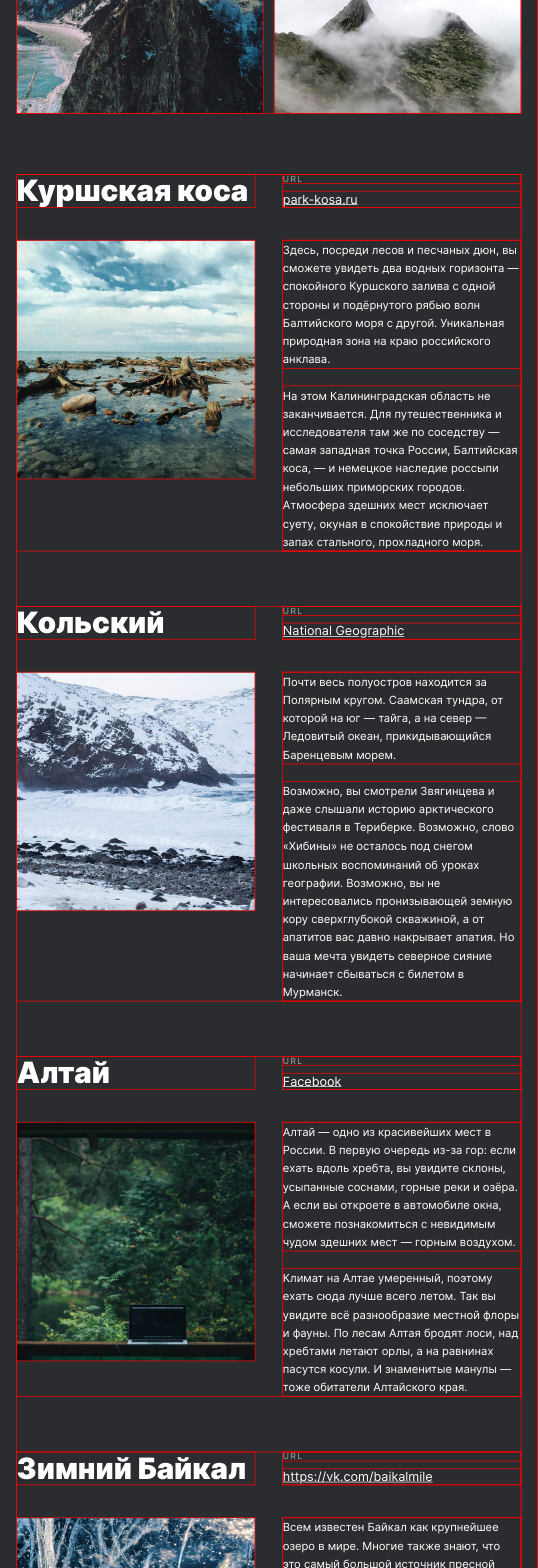
Repository: 89373611988/russia-travel
Page: index.html
These files come from the project's save history. The page is drawn as it stood at one moment and after the next save; the edit follows.
The browser window is 768 px wide. The pictures show the part of the page from y = 3064 to 5304 px (the page is 7208 px tall before and 7155 px after), at 70% of full size.

Above is the page before, as saved 2021-12-22 21:29:08.

### index.html
<!DOCTYPE html>
<html lang="ru">
  <head>
    <meta charset="UTF-8" />
    <meta name="viewport" content="width=device-width, initial-scale=1">
    <title>Путешествие по России</title>
    <link rel="stylesheet" href="pages/index.css" />
  </head>

  <body>
    <div class="page">
      <header class="header page__header">
        <img src="./images/header-logo.svg" alt="" class="header__logo">
        <ul class="header__list">
          <li class="header__item">
            <a href="#" target="_blank" class="header__lang-link">Ru</a>
          </li>
          <li class="header__item">
            <a href="#" target="_blank" class="header__lang-link">En</a>
          </li>
        </ul>
      </header>
      <main class="content">

        <section class="lead">
          <h1 class="lead__title">Путешествия по России</h1>
          <p class="lead__subtitle">Настоящая страна не в выпусках новостей, а здесь.</p>
          <img src="./images/lead-polka.jpg" alt="Отдых в вагоне" class="lead__image">
          <p class="lead__caption">ваша полка — верхняя</p>
        </section>


        <section class="intro page__intro">
          <h2 class="intro__title">Чего мы там не видели?</h2>
          <p class="intro__text">По опросам ВЦИОМ, 95% россиян мечтают куда-нибудь поехать, но только 36% планируют провести отпуск в родной стране. Мол, чего мы тут, дома, не видели? На самом деле, Россия — это целая вселенная с ласковым морем юга, густыми лесами Саян и суровыми льдами плато Путорана. А ещё увидеть все эти красоты можно без миллионов на счету, загранпаспорта и многочасовых перелетов. Как, например, Вера Башмакова — смелая молодая мама, которая взяла в охапку троих детей, усадила их в свою «Ладу» и проехала 20 тысяч километров по родной стране. Мы выбрали и описали некоторые интересные места, достойные вашего отпуска.</p>
          <ul class="intro__list">
            <li class="intro__item">Часовых поясов
              <span class="intro__number">11</span>
            </li>
            <li class="intro__item">Объектов природного наследия ЮНЕСКО
              <span class="intro__number">12</span>
            </li>
            <li class="intro__item">Объектов культурного наследия ЮНЕСКО
              <span class="intro__number">16</span>
            </li>
            <li class="intro__item">Природных заповедников
              <span class="intro__number">105</span>
            </li>
            <li class="intro__item">Аэропортов
              <span class="intro__number">241</span>
            </li>
          </ul>
        </section>


        <section class="photo-grid">
          <img src="./images/photo-grid-train.jpg" alt="Вид из окна вагона" class="photo-grid__item">
          <img src="./images/photo-grid-atharva-tulsi.jpg" alt="Облака в горах" class="photo-grid__item">
          <img src="./images/photo-grid-tuman.jpg" alt="Собака на сене" class="photo-grid__item">
          <img src="./images/photo-grid-sochi.jpg" alt="Туман в горах" class="photo-grid__item">
          <img src="./images/photo-grid-arisa.jpg" alt="Машина на льду" class="photo-grid__item">
          <img src="./images/photo-grid-baikal.jpg" alt="Берег Байкала" class="photo-grid__item">
          <img src="./images/photo-grid-elbrus.jpg" alt="Гора Эльбрус" class="photo-grid__item">
          <img src="./images/photo-grid-kondratiev.jpg" alt="Пешеходный переход" class="photo-grid__item">
          <img src="./images/photo-grid-kamchatka-1.jpg" alt="Горный барельеф на Камчатке" class="photo-grid__item">
          <img src="./images/photo-grid-kamchatka-2.jpg" alt="Камчатка Гора" class="photo-grid__item">
          <img src="./images/photo-grid-baikal-2.jpg" alt="Горный берг Байкала" class="photo-grid__item">
          <img src="./images/photo-grid-ergaki.jpg" alt="Горы в тумане" class="photo-grid__item">
        </section>


        <section class="places page__places">
          <div class="place">
            <h2 class="place__title">Куршская коса</h2>
            <div class="place__website">
              <h3 class="place__url-heading">URL</h3>
              <a href="http://park-kosa.ru" class="place__link">park-kosa.ru</a>
            </div>
            <img src="./images/place-kosa.jpg" alt="Куршский залив" class="place__image">
            <div class="place__container">
              <p class="place__paragraph">Здесь, посреди лесов и песчаных дюн, вы сможете увидеть два водных горизонта — спокойного Куршского залива с одной стороны и подёрнутого рябью волн Балтийского моря с другой. Уникальная природная зона на краю российского анклава.</p>
            <p class="place__paragraph">На этом Калининградская область не заканчивается. Для путешественника и исследователя там же по соседству — самая западная точка России, Балтийская коса, — и немецкое наследие россыпи небольших приморских городов. Атмосфера здешних мест исключает суету, окуная в спокойствие природы и запах стального, прохладного моря.</p>
            </div>
          </div>
          <div class="place">
            <h2 class="place__title">Кольский</h2>
            <div class="place__website">
              <h3 class="place__url-heading">URL</h3>
              <a href="https://yourshot.nationalgeographic.com/photos/?keywords=kolskiy" class="place__link">National Geographic</a>
            </div>
            <img src="./images/place-kolsky.jpg" alt="Кольский полуостров" class="place__image">
            <div class="place__container">
              <p class="place__paragraph">Почти весь полуостров находится за Полярным кругом. Саамская тундра, от которой на юг — тайга, а на север — Ледовитый океан, прикидывающийся Баренцевым морем.</p>
              <p class="place__paragraph">Возможно, вы смотрели Звягинцева и даже слышали историю арктического фестиваля в Териберке. Возможно, слово «Хибины» не осталось под снегом школьных воспоминаний об уроках географии. Возможно, вы не интересовались пронизывающей земную кору сверхглубокой скважиной, а от апатитов вас давно накрывает апатия. Но ваша мечта увидеть северное сияние начинает сбываться с билетом в Мурманск.</p>
            </div>
          </div>
          <div class="place">
            <h2 class="place__title">Алтай</h2>
            <div class="place__website">
              <h3 class="place__url-heading">URL</h3>
              <a href="https://www.facebook.com/vera.bashmakova/posts/10156011613718822" class="place__link">Facebook</a>
            </div>
            <img src="./images/place-altai.jpg" alt="Природа Алтая" class="place__image">
            <div class="place__container">
              <p class="place__paragraph">Алтай — одно из красивейших мест в России.
                В первую очередь из-за гор: если ехать вдоль хребта, вы увидите склоны, усыпанные соснами, горные реки и озёра. А если вы откроете в автомобиле окна, сможете познакомиться с невидимым чудом здешних мест — горным воздухом.</p>
              <p class="place__paragraph">Климат на Алтае умеренный, поэтому ехать сюда лучше всего летом. Так вы увидите всё разнообразие местной флоры и фауны. По лесам Алтая бродят лоси, над хребтами летают орлы, а на равнинах пасутся косули. И знаменитые манулы — тоже обитатели Алтайского края.</p>
            </div>
          </div>
          <div class="place">
            <h2 class="place__title">Зимний Байкал</h2>
            <div class="place__website">
              <h3 class="place__url-heading">URL</h3>
              <a href="https://vk.com/baikalmile" class="place__link">https://vk.com/baikalmile</a>
            </div>
            <img src="./images/place-winter-baikal.jpg" alt="Морозные узора" class="place__image">
            <div class="place__container">
              <p class="place__paragraph">Всем известен Байкал как крупнейшее озеро
                в мире. Многие также знают, что это самый большой источник пресной воды и одно из красивейших мест в России.</p>
              <p class="place__paragraph">Конечно, это всё так. Но Байкал ещё идеальное    место для соревнований по скийорингу. Это такой вид спорта, когда лыжник привязывает себя к мотоциклу, и тандем старается развить как можно бóльшую скорость на льду. В марте 2019 года на фестивале «Байкальская миля» был поставлен мировой рекорд — 197.011 км/ч.</p>
            </div>
          </div>
          <div class="place">
            <h2 class="place__title">Карелия</h2>
            <div class="place__website">
              <h3 class="place__url-heading">URL</h3>
              <a href="http://vodlozero.ru" class="place__link">http://vodlozero.ru/</a>
            </div>
            <img src="./images/place-karelia.jpg" alt="Река в лесу" class="place__image">
            <div class="place__container">
              <p class="place__paragraph">Сибирь заканчивается не на Урале, а в Карелии: образующая тайгу сибирская лиственница не растёт западнее Водлозера. Зато здесь она вымахивает на 30 метров — леса карельских национальных парков из-за непроходимых болот никогда не знали топора. Некоторым соснам уже больше чем полтысячелетия. Прикоснитесь к живому существу, видевшему солнце раньше, чем увидал его Иван Грозный. В девственном лесу на сотню километров не встретишь тропы. А на редких тропинках деревья в паре метров от земли помечены медвежьими когтями. Чтобы все знали, кто тут хозяин.</p>
            </div>
          </div>
        </section>


        <section class="cover page__cover">
          <a href="https://stampsy.com/na-elektrichkakh-do-baikala" class="cover__overlay">
            <h2 class="cover__title">До Байкала «на собаках»</h2>
            <p class="cover__subtitle">По мотивам учебной темы о Транссибе — путешествие от столицы до Байкала на электричках.</p>
          </a>
        </section>
      </main>


      <footer class="footer">
        <ul class="footer__list">
          <li class="footer__item">
            <a href="https://yandex.ru/maps" class="footer__link">Карты</a>
          </li>
          <li class="footer__item">
            <a href="https://yandex.ru/pogoda" class="footer__link">Погода</a>
          </li>
          <li class="footer__item">
            <a href="https://rasp.yandex.ru" class="footer__link">Расписание</a>
          </li>
          <li class="footer__item">
            <a href="https://calendar.yandex.ru" class="footer__link">Календарь</a>
          </li>
          <li class="footer__item">
            <a href="https://travel.yandex.ru" class="footer__link">Путешествия</a>
          </li>
        </ul>
        <p class="footer__copyright">&copy; 2021. Эльвира Киямова</p>
      </footer>

    </div>
  </body>
</html>

### blocks/page/page.css
* {
  outline-width: 1px;
  outline-style: solid;
  outline-color: red;
}

.page {
  color: #ffffff;
  background-color: #2a2c2f;
  font-family: 'Inter', Arial, sans-serif;
  font-style: normal;
  padding: 28px 0 24px;
  -moz-osx-font-smoothing: grayscale;
  -webkit-font-smoothing: antialiased;
  -webkit-text-size-adjust: 100%;
  -ms-text-size-adjust: 100%;
  -moz-text-size-adjust: 100%;
  text-rendering: optimizeLegibility;
  display: flex;
  flex-direction: column;
  align-items: center;
}

### blocks/page/__header/page__header.css
.page__header {
  margin-bottom: 56px;
}

### blocks/page/__intro/page__intro.css
.page__intro {
  margin: 92px 0;
}

### blocks/page/__cover/page__cover.css
.page__cover {
  margin: 92px 0;
}

### blocks/page/__places/page__places.css
.page__places {
  margin: 92px auto 0;
}

### blocks/header/header.css
.header {
  display: flex;
  flex-direction: row;
  justify-content: space-between;
  width: 1184px;
}

@media (max-width: 1200px) {
  .header {
    width: 928px;
  }
}

@media (max-width: 940px) {
  .header {
    width: 720px;
  }
}

@media (max-width: 768px) {
  .header {
    width: 720px;
  }
}

@media (max-width: 730px) {
  .header {
    width: 600px;
  }
}

@media (max-width: 640px) {
  .header {
    width: 500px;
  }
}

@media (max-width: 540px) {
  .header {
    width: 400px;
  }
}

@media (max-width: 440px) {
  .header {
    width: 300px;
  }
}

@media (max-width: 320px) {
  .header {
    width: 288px;
  }
}

### blocks/header/__logo/header__logo.css
.header__logo {
  width: 176px;
  height: 52px;
}

@media (max-width: 500px) {
  .header__logo {
    width: 142px;
    height: 42px;
  }
}

### blocks/header/__list/header__list.css
.header__list {
  display: flex;
  flex-direction: row;
  align-items: flex-end;
  padding: 0;
  margin: 0;
}

### blocks/header/__item/header__item.css
.header__item {
  list-style-type: none;
  width: 30px;
  height: 28px;
}

.header__item:first-child {
  margin-right: 18px;
  text-decoration: underline;
}

### blocks/header/__lang-link/header__lang-link.css
.header__lang-link {
  font-size: 24px;
  line-height: 28px;
  color: #fff;
  text-decoration: none;
}

@media (max-width: 500px) {
  .header__lang-link {
    font-size: 18px;
    line-height: 20px;
  }
}

### blocks/content/content.css
@media (max-width: 320px) {
  .content {
    max-width: 320px;
  }
}

### blocks/lead/lead.css
.lead {
  display: flex;
  flex-direction: column;
  align-items: center;
}

@media (max-width: 1280px) {
  .lead {
    max-width: 984px;
  }
}

@media (max-width: 1100px) {
  .lead {
    margin: 0 48px;
    max-width: 928px;
  }
}

@media (max-width: 330px) {
  .lead {
    max-width: 320px;
  }
}

@media (max-width: 1024px) {
  .lead {
    margin: 0 48px;
    max-width: 768px;
}
}

@media (max-width: 850px) {
  .lead {
    margin: 0 auto;
    max-width: 768px;
  }
}

@media (max-width: 350px) {
  .lead {
    margin: 0;
  }
}

### blocks/lead/__title/lead__title.css
.lead__title {
  font-weight: 900;
  font-size: 96px;
  line-height: 100px;
  max-width: 720px;
  text-align: center;
  align-self: center;
  margin: 0;
}

@media (max-width: 768px) {
  .lead__title {
    font-size: 70px;
    line-height: 80px;
    max-width: 500px;
  }
}

@media (max-width: 520px) {
  .lead__title {
    font-size: 50px;
    line-height: 70px;
    max-width: 400px;
  }
}

@media (max-width: 440px) {
  .lead__title {
    font-size: 45px;
    line-height: 50px;
    max-width: 330px;
  }
}

@media (max-width: 320px) {
  .lead__title {
    font-size: 40px;
    line-height: 44px;
    max-width: 288px;
  }
}

### blocks/lead/__subtitle/lead__subtitle.css
.lead__subtitle {
  font-size: 30px;
  line-height: 36px;
  align-self: center;
  margin: 32px 0 64px;
  max-width: 640px;
  text-align: center;
}

@media (max-width: 680px) {
  .lead__subtitle {
    font-size: 28px;
    line-height: 30px;
    max-width: 550px;
  }
}

@media (max-width: 575px) {
  .lead__subtitle {
    font-size: 25px;
    line-height: 30px;
    max-width: 400px;
  }
}

@media (max-width: 430px) {
  .lead__subtitle {
    font-size: 18px;
    line-height: 25px;
    max-width: 300px;
  }
}

@media (max-width: 320px) {
  .lead__subtitle {
    font-size: 16px;
    line-height: 20px;
    max-width: 288px;
  }
}

### blocks/lead/__image/lead__image.css
.lead__image {
  max-width: 984px;
  max-height: 615px;
  margin: 0 auto;
}

@media (max-width: 1100px) {
  .lead__image {
    margin: 0 48px;
    width: 100%;
  }
}

@media (max-width: 1024px) {
  .lead__image {
    margin: 0 48px;
    max-width: 768px;
  }
}

@media (max-width: 850px) {
  .lead__image {
    margin: 0;
    width: 100%;
  }
}

@media (max-width: 320px) {
  .lead__image {
    max-width: 320px;
  }
}

### blocks/lead/__caption/lead__caption.css
.lead__caption {
  font-size: 10px;
  line-height: 14px;
  letter-spacing: 1.5px;
  margin: 8px 0 0;
  text-transform: uppercase;
  align-self: flex-start;
}

@media (max-width: 768px) {
  .lead__caption {
    margin-left: 24px;
  }
}

@media (max-width: 330px) {
  .photo-grid {
    max-width: 320px;
    margin-left: 16px;
  }
}

### blocks/intro/intro.css
.intro {
  max-width: 690px;
}

@media (max-width: 1024px) {
  .intro {
    margin-left: 48px;
  }
}

@media (max-width: 768px) {
  .intro {
    max-width: 720px;
    margin-left: 24px;
    margin-right: 24px;
  }
}

@media (max-width: 320px) {
  .intro {
    max-width: 288px;
    margin-left: 16px;
    margin-right: 16px;
  }
}

### blocks/intro/__title/intro__title.css
.intro__title {
  margin: 0;
  font-weight: 900;
  font-size: 54px;
  line-height: 58px;
}

@media (max-width: 768px) {
  .intro__title {
    font-size: 40px;
    line-height: 40px;
  }
}

@media (max-width: 400px) {
  .intro__title {
    font-size: 32px;
    line-height: 35px;
  }
}

### blocks/intro/__text/intro__text.css
.intro__text {
  font-size: 16px;
  line-height: 163%;
  margin: 40px 0 33px;
}

### blocks/intro/__list/intro__list.css
.intro__list {
  margin: 0;
  padding: 0;
  font-weight: bold;
  font-size: 12px;
  line-height: 18px;
}

### blocks/intro/__item/intro__item.css
.intro__item {
  list-style-type: none;
}

### blocks/intro/__number/intro__number.css
.intro__number {
  font-weight: normal;
}

### blocks/photo-grid/photo-grid.css
.photo-grid {
  display: grid;
  justify-content: center;
  grid-template-columns: repeat(auto-fit, minmax(284px, 1fr));
  grid-template-rows: repeat(auto-fit, minmax(213px, 1fr));
  gap: 16px;
  padding: 0;
  margin: 0;
}

@media (max-width: 1024px) {
  .photo-grid {
    gap: 14px;
    margin: 0 48px;
  }
}

@media (max-width: 770px) {
  .photo-grid {
    gap: 16px;
    margin: 0 24px;
  }
}

@media (max-width: 330px) {
  .photo-grid {
    width: 288px;
    margin: 0 auto;
  }
}

### blocks/places/places.css
.places {
  max-width: 984px;
  display: flex;
  flex-direction: column;
  align-items: center;
}

@media (max-width: 1024px) {
  .places {
    max-width: 928px;
    margin: 88px auto 0;
  }
}

@media (max-width: 960px) {
  .places {
    max-width: 928px;
    margin: 88px auto 0;
  }
}

@media (max-width: 930px) {
  .places {
    max-width: 720px;
    margin: 88px auto 0;
  }
}

@media (max-width: 730px) {
  .places {
    max-width: 500px;
  }
}

@media (max-width: 530px) {
  .places {
    max-width: 400px;
  }
}

@media (max-width: 425px) {
  .places {
    max-width: 320px;
    margin: 64px auto 0;
  }
}

### blocks/place/place.css
.place {
  display: grid;
  justify-content: center;
  grid-template-columns: repeat(2, minmax(288px, 460px));
  grid-template-rows: repeat(2, minmax(auto-fit, 1fr));
  grid-column-gap: 40px;
  grid-row-gap: 48px;
  margin-bottom: 80px;
}

.place:last-child {
  margin: 0;
}

@media (max-width: 1024px) {
  .place {
    grid-column-gap: 32px;
  }
}

@media (max-width: 768px) {
  .place {
    grid-column-gap: 40px;
    grid-row-gap: 48px;
  }
}

@media (max-width: 600px) {
  .place {
    grid-template-columns: minmax(288px, 460px);
    grid-column-gap: 32px;
  }
}

### blocks/place/__container/place__container.css
.place__container {

}

### blocks/place/__image/place__image.css
.place__image {
  max-width: 460px;
  width: 100%;
}

### blocks/place/__link/place__link.css
.place__link {
  color: #fff;
  font-weight: normal;
  font-size: 18px;
  line-height: 22px;
}

### blocks/place/__paragraph/place__paragraph.css
.place__paragraph {
  font-weight: normal;
  font-size: 18px;
  line-height: 163%;
  max-width: 484px;
  margin: 0;
}

.place__paragraph:first-child {
  margin-bottom: 26px;
}

@media (max-width: 768px) {
  .place__paragraph {
    font-size: 16px;
  }
}

### blocks/place/__title/place__title.css
.place__title {
  font-weight: 900;
  font-size: 72px;
  line-height: 76px;
  margin: 0;
}

@media (max-width: 768px) {
  .place__title {
    font-size: 42px;
    line-height: 46px;
  }
}

@media (max-width: 320px) {
  .place__title {
    font-size: 32px;
    line-height: 35px;
  }
}

### blocks/place/__url-heading/place__url-heading.css
.place__url-heading {
  font-weight: normal;
  font-size: 12px;
  line-height: 12px;
  letter-spacing: 2px;
  color: #aaa;
  margin: 0 0 12px;
}

### blocks/place/__website/place__website.css
.place__website {
  display: flex;
  flex-direction: column;
  justify-content: flex-end;
}

### blocks/cover/cover.css
.cover {

}

### blocks/cover/__title/cover__title.css
.cover__title {
  font-weight: 900;
  font-size: 72px;
  line-height: 76px;
  margin: 0;
  max-width: 560px;
  white-space: pre-line;
  text-align: center;
}

@media (max-width: 550px) {
  .cover__title {
    font-size: 50px;
    line-height: 45px;
    max-width: 450px;
  }
}

@media (max-width: 450px) {
  .cover__title {
    font-size: 40px;
    line-height: 40px;
    max-width: 320px;
  }
}

@media (max-width: 320px) {
  .cover__title {
    font-size: 32px;
    line-height: 35px;
    max-width: 288px;
  }
}

### blocks/cover/__subtitle/cover__subtitle.css
.cover__subtitle {
  font-size: 18px;
  line-height: 22px;
  margin: 32px 0 0;
  max-width: 360px;
  white-space: pre-line;
  text-align: center;
}

@media (max-width: 400px) {
  .cover__subtitle {
    font-size: 16px;
    line-height: 20px;
    max-width: 330px;
  }
}

@media (max-width: 320px) {
  .cover__subtitle {
    font-size: 14px;
    line-height: 16px;
    max-width: 288px;
  }
}

### blocks/cover/__overlay/cover__overlay.css
.cover__overlay {
  position: relative;
  color: #fff;
  text-decoration: none;
  display: flex;
  flex-direction: column;
  align-items: center;
  justify-content: center;
  min-height: 740px;
  max-width: 1184px;
  background-image: url(../../../images/cover-trains.jpg);
  background-size: cover;
  background-repeat: no-repeat;
  background-position: center;
  box-sizing: border-box;
  z-index: 0;
}

.cover__overlay::before {
  position: absolute;
  content: "";
  left: 0;
  top: 0;
  right: 0;
  bottom: 0;
  background: #2a2c2f;
  opacity: 0.3;
  z-index: -1;
  transition: opacity 0.3s;
}

.cover__overlay:hover::before {
  opacity: 0.7;
}

@media screen and (max-width: 1023px) {
  .cover__overlay {
    max-width: 100%;
  }
}

@media screen and (max-width: 768px) {
  .cover__overlay {
  }
}

@media screen and (max-width: 320px) {
  .cover__overlay {
    min-height: 200px;
  }
}

### blocks/footer/footer.css
.footer {
  width: 1184px;
  display: flex;
  flex-direction: row;
  justify-content: space-between;
}

@media (max-width: 1220px) {
  .footer {
    width: 1000px;
  }
}

@media (max-width: 1024px) {
  .footer {
    width: 928px;
  }
}

@media (max-width: 960px) {
  .footer {
    width: 800px;
  }
}

@media (max-width: 960px) {
  .footer {
    width: 800px;
  }
}

@media (max-width: 840px) {
  .footer {
    width: 750px;
  }
}

@media (max-width: 768px) {
  .footer {
    width: 720px;
  }
}

@media (max-width: 750px) {
  .footer {
    width: 186px;
    flex-direction: column;
    align-self: flex-start;
    margin-left: 16px;
  }
}

### blocks/footer/__list/footer__list.css
.footer__list {
  display: flex;
  flex-direction: row;
  padding: 0;
  margin: 0;
  font-size: 16px;
  line-height: 18px;
}

@media (max-width: 750px) {
  .footer__list {
    flex-direction: column;
    margin-bottom: 48px;
  }
}

@media (max-width: 400px) {
  .footer__list {
    font-size: 24px;
    line-height: 24px;
  }
}

### blocks/footer/__item/footer__item.css
.footer__item {
  list-style-type: none;
  margin-right: 18px;
}

@media (max-width: 750px) {
  .footer__item {
    width: 186px;
    margin-bottom: 32px;
  }
}

### blocks/footer/__link/footer__link.css
.footer__link {
  color: #fff;
  text-decoration: none;
}

.footer__link:hover {
  opacity: 0.7;
  cursor: pointer;
  transition: opacity 0.5s ease;
}

### blocks/footer/__copyight/footer__copyight.css
.footer__copyright {
  margin: 0;
  font-size: 14px;
  line-height: 16px;
}

@media (max-width: 320px) {
  .footer__copyright {
    line-height: 14px;
  }
}

### fonts/fonts/fonts.css
@font-face {
  font-family: 'Inter';
  font-style: normal;
  font-weight: 400;
  src: url("Inter-Regular.woff2") format("woff2"),
  url("Inter-Regular.woff?v=3.15") format("woff");
}

@font-face {
  font-family: 'Inter';
  font-style: normal;
  font-weight: 900;
  src: url("Inter-Black.woff2?v=3.15") format("woff2"),
  url("Inter-Black.woff?v=3.15") format("woff");
}

Loaded but not shown: styles/normalize.css (library); blocks/photo-grid/__item/photo-grid__item.css (common file); pages/index.css (54 lines, source omitted)

After the next save:
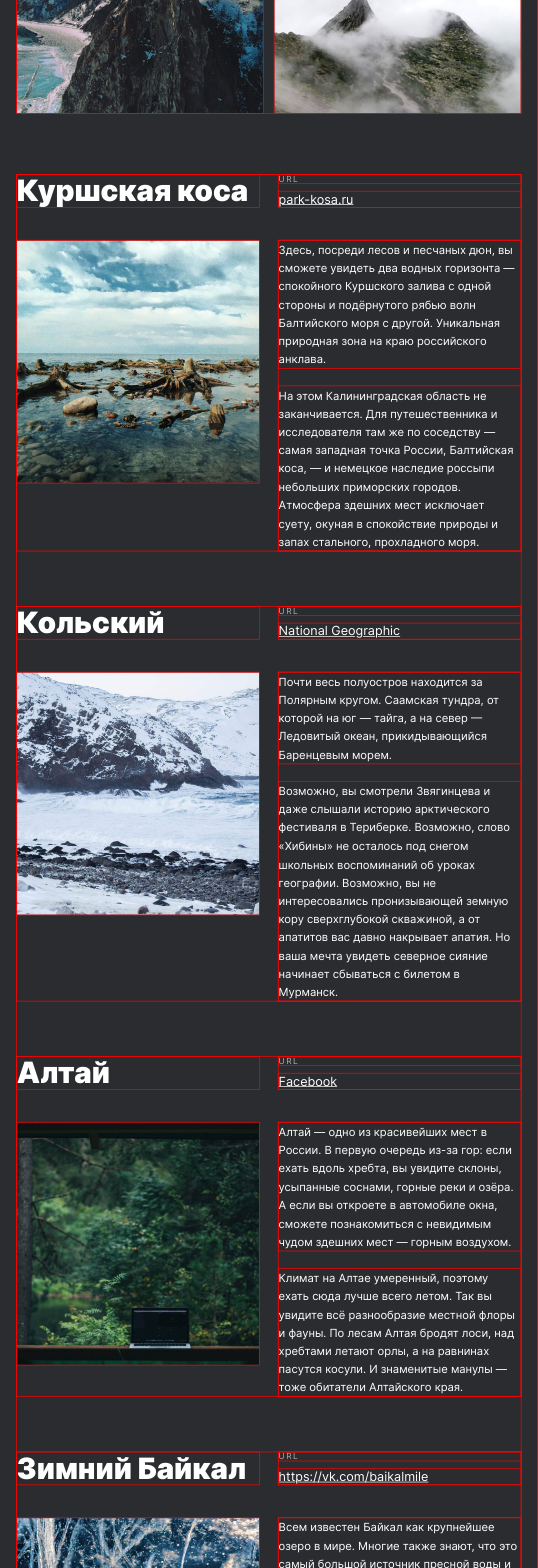
Saved 11 s later.
--- a/blocks/place/place.css
+++ b/blocks/place/place.css
@@ -20,7 +20,7 @@
 
 @media (max-width: 768px) {
   .place {
-    grid-column-gap: 40px;
+    grid-column-gap: 28px;
     grid-row-gap: 48px;
   }
 }
